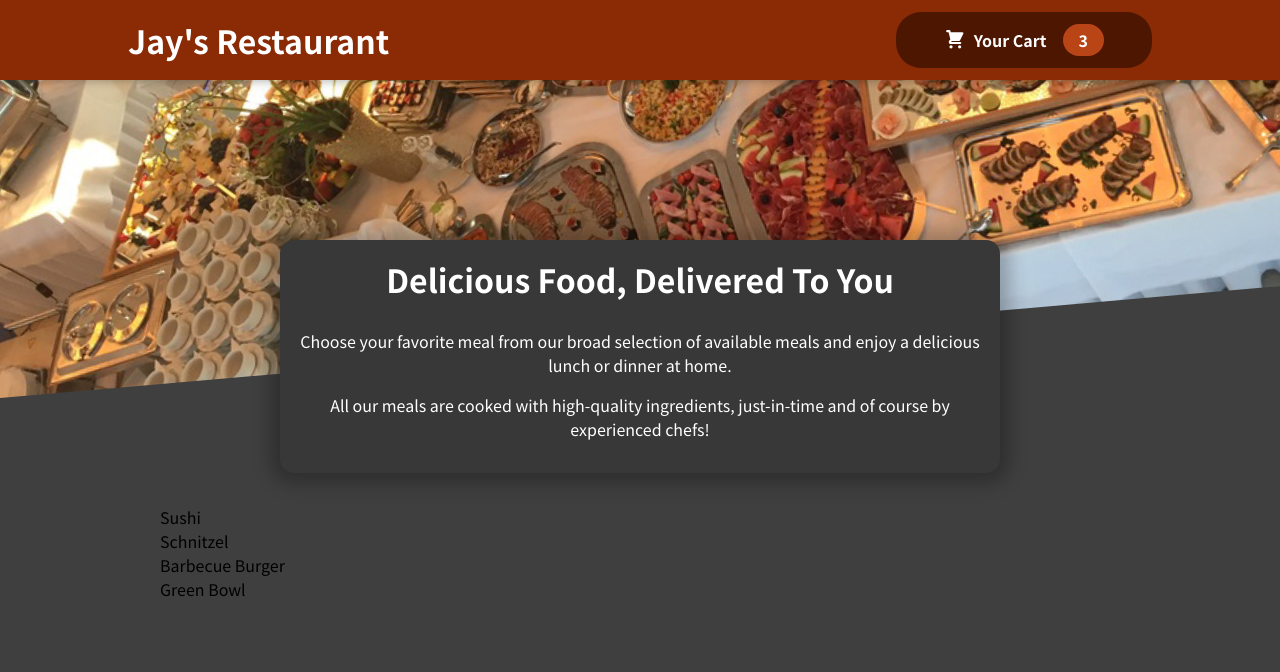
Repository: jykang96/food_app
Page: /
The author's editor kept a copy of each file at every save. The page is drawn from the files as they stood at one save, then again after the next save.
The browser window is 1280 px wide. The pictures show the whole page.
The project was rebuilt for these pictures with package versions that can differ from the ones it lists, and the page was loaded fresh each time.

Above is the page before, as saved 2021-07-20 21:16:46.

After the next save:
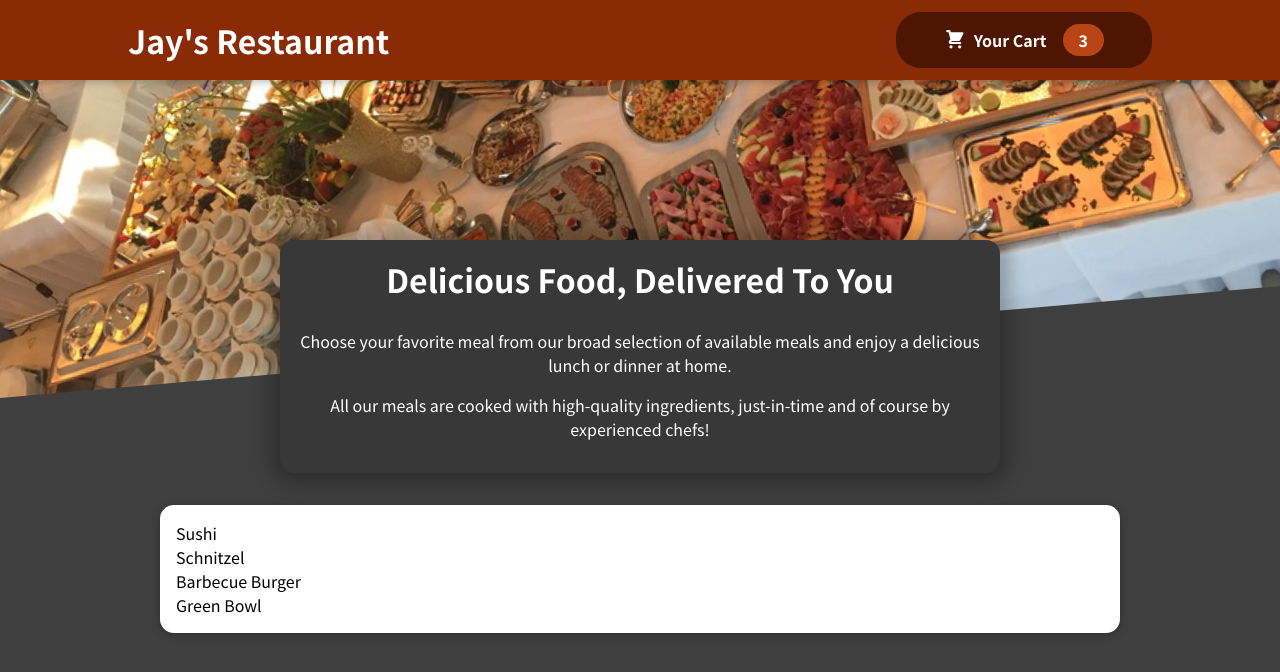
Saved 83 s later.
--- a/src/components/UI/Card.js
+++ b/src/components/UI/Card.js
@@ -3,7 +3,7 @@ import classes from './Card.module.css'
 
 const Card = (props) => {
     return (
-        <div className={classes.Card}>
+        <div className={classes.card}>
             {props.children}
         </div>
     )
